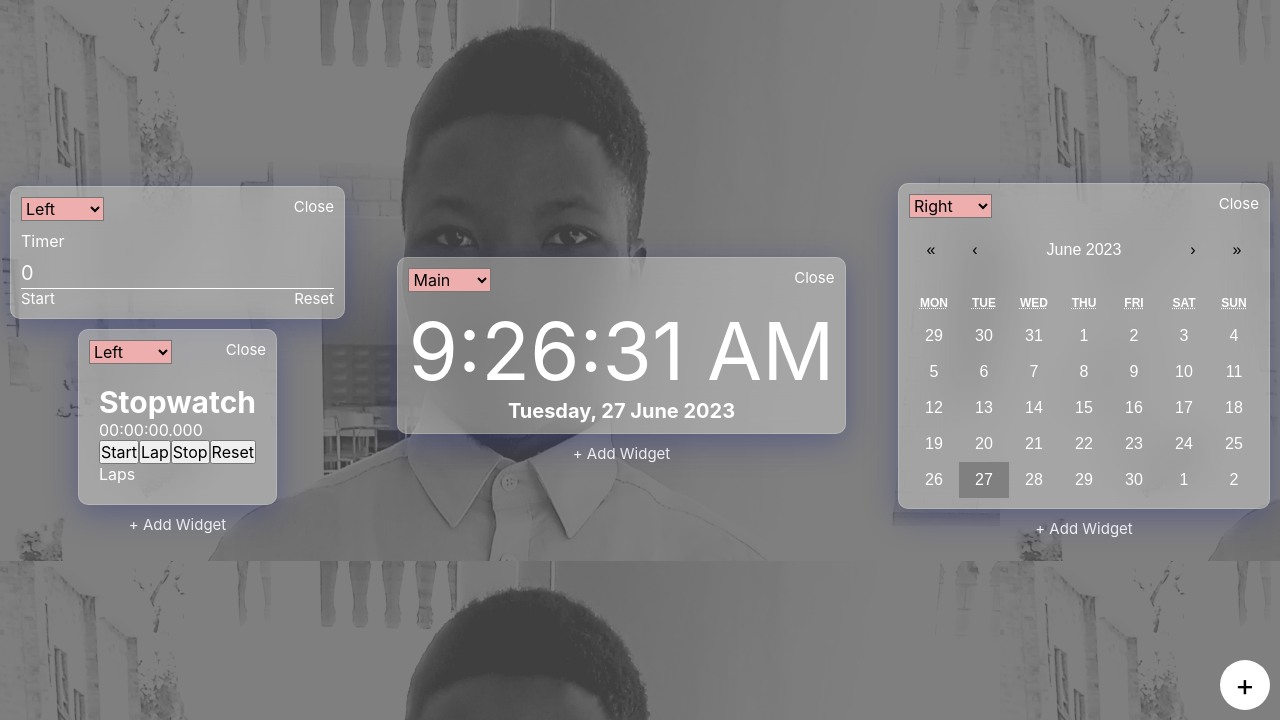
Repository: Angera-Silas/Planner-app
Page: /
These files come from the project's save history. The page is drawn as it stood at one moment and after a run of saves; the edit follows.
The browser window is 1280 px wide. The pictures show the whole page.
The project was rebuilt for these pictures with package versions that can differ from the ones it lists, and the page was loaded fresh each time. Also part of the build but not shown: src/widgets/ReminderListWidget.js, src/modals/WidgetGalleryModal.js.

Above is the page before, as saved 2023-06-27 17:49:28.

After the next 2 saves:
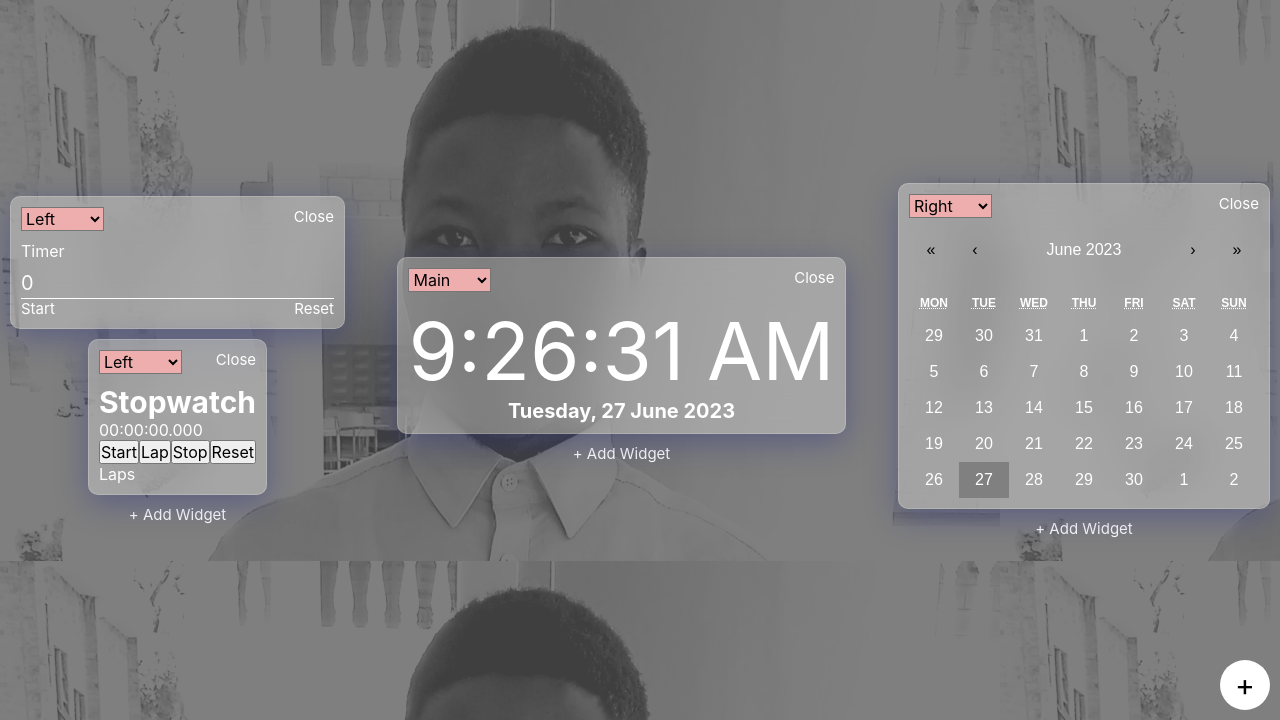
The 2 saves are shown as one change because they came seconds apart.
The last was saved 14 s later.
--- a/src/App.css
+++ b/src/App.css
@@ -155,7 +155,5 @@ select {
 }
 .stopwatch {
  width: 100%;
- color: white;
- padding: 10px;
- align-items: center;
+ color: whit
 }
